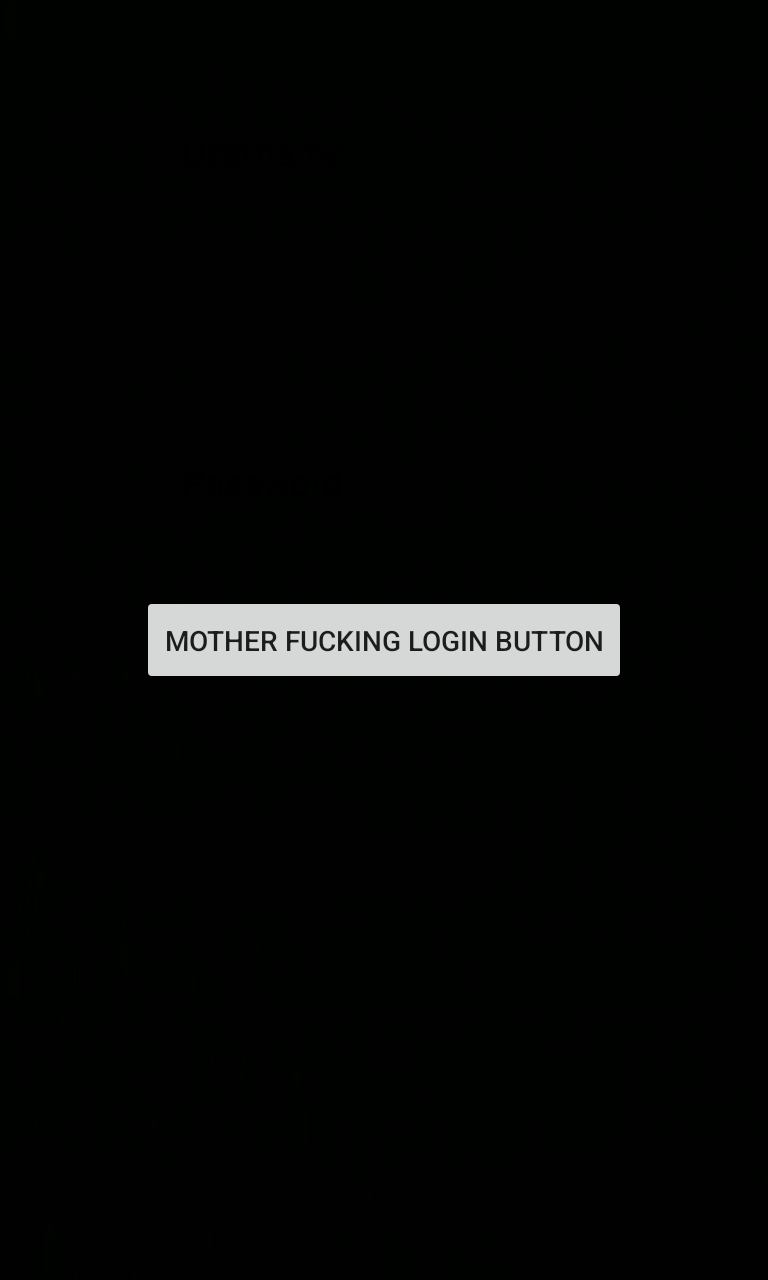
Repository: yuzhehu/workspace-androids
Layout: LoginAndPass/res/layout/activity_main.xml
The author's editor kept a copy of each file at every save. The layout is drawn from the files as they stood at one save, then again after the next save.
It is drawn on a 768 x 1280 px phone screen (xhdpi) without system bars, with theme AppTheme; the app's code is not run.

Above is the layout before, as saved 2014-09-12 03:59:10.

### LoginAndPass/res/layout/activity_main.xml
<RelativeLayout xmlns:android="http://schemas.android.com/apk/res/android"
    xmlns:tools="http://schemas.android.com/tools"
    android:layout_width="match_parent"
    android:layout_height="match_parent"
    android:paddingBottom="@dimen/activity_vertical_margin"
    android:paddingLeft="@dimen/activity_horizontal_margin"
    android:paddingRight="@dimen/activity_horizontal_margin"
    android:paddingTop="@dimen/activity_vertical_margin"
    android:background="@drawable/bgi"
    tools:context="com.example.loginandpass.MainActivity" >

    <Button
        android:id="@+id/button"
        android:layout_width="wrap_content"
        android:layout_height="wrap_content"
        android:layout_centerHorizontal="true"
        android:layout_centerVertical="true"
        android:text="MOTHER FUCKING LOGIN BUTTON" />

    <EditText
        android:id="@+id/username"
        android:layout_width="wrap_content"
        android:layout_height="wrap_content"
        android:layout_alignParentTop="true"
        android:layout_centerHorizontal="true"
        android:layout_marginTop="37dp"
        android:ems="10"
        android:hint="Username"
        android:textColor="@android:color/white" />

    <EditText
        android:id="@+id/password"
        android:layout_width="wrap_content"
        android:layout_height="wrap_content"
        android:layout_above="@+id/button"
        android:layout_alignLeft="@+id/username"
        android:layout_marginBottom="36dp"
        android:ems="10"
        android:hint="Password"
        android:inputType="textPassword"
        android:textColor="@android:color/white" />

</RelativeLayout>

Loaded but not shown: LoginAndPass/res/values/styles.xml (common file); LoginAndPass/res/values-v11/styles.xml (common file); LoginAndPass/res/values-v14/styles.xml (common file); LoginAndPass/res/values/dimens.xml (common file); LoginAndPass/res/values-w820dp/dimens.xml (common file)

After the next save:
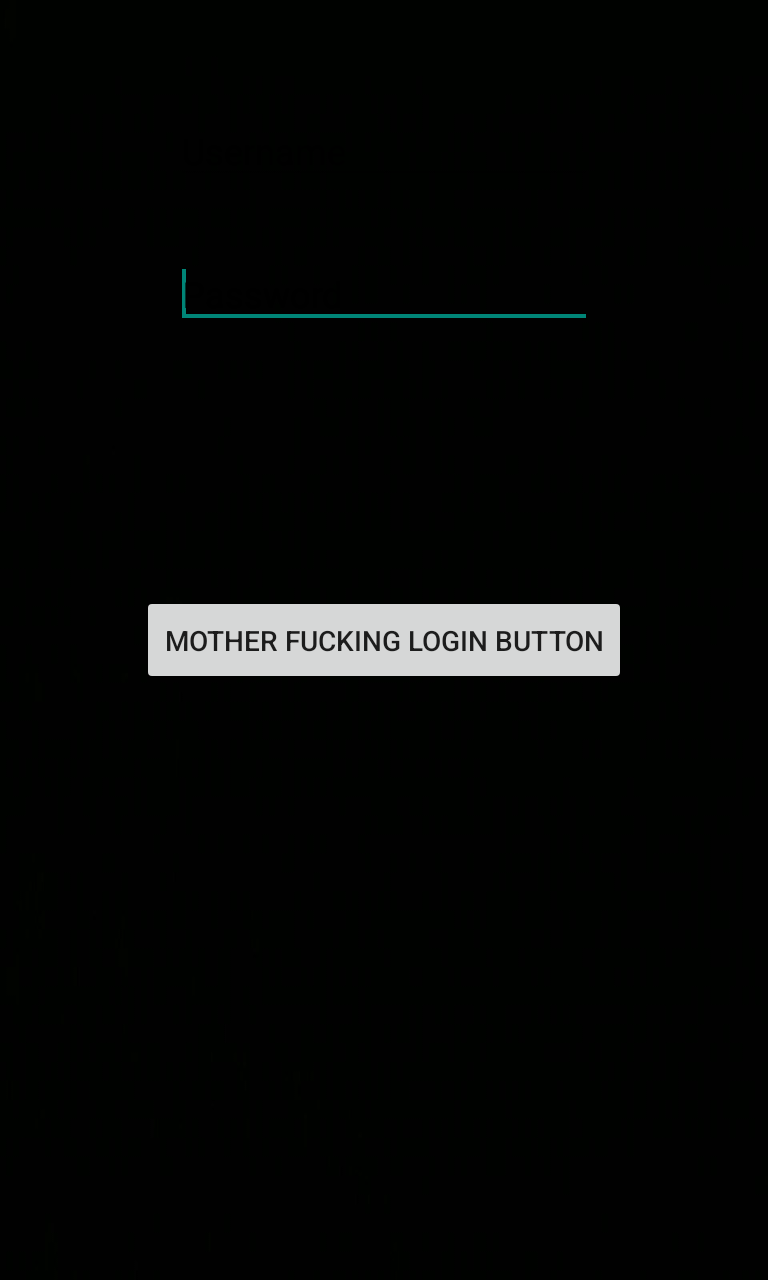
Saved 18 s later.
--- a/LoginAndPass/res/layout/activity_main.xml
+++ b/LoginAndPass/res/layout/activity_main.xml
@@ -32,12 +32,15 @@
         android:id="@+id/password"
         android:layout_width="wrap_content"
         android:layout_height="wrap_content"
-        android:layout_above="@+id/button"
         android:layout_alignLeft="@+id/username"
-        android:layout_marginBottom="36dp"
+        android:layout_below="@+id/username"
+        android:layout_marginTop="30dp"
         android:ems="10"
         android:hint="Password"
         android:inputType="textPassword"
-        android:textColor="@android:color/white" />
+        android:textColor="@android:color/white" >
+
+        <requestFocus />
+    </EditText>
 
 </RelativeLayout>
